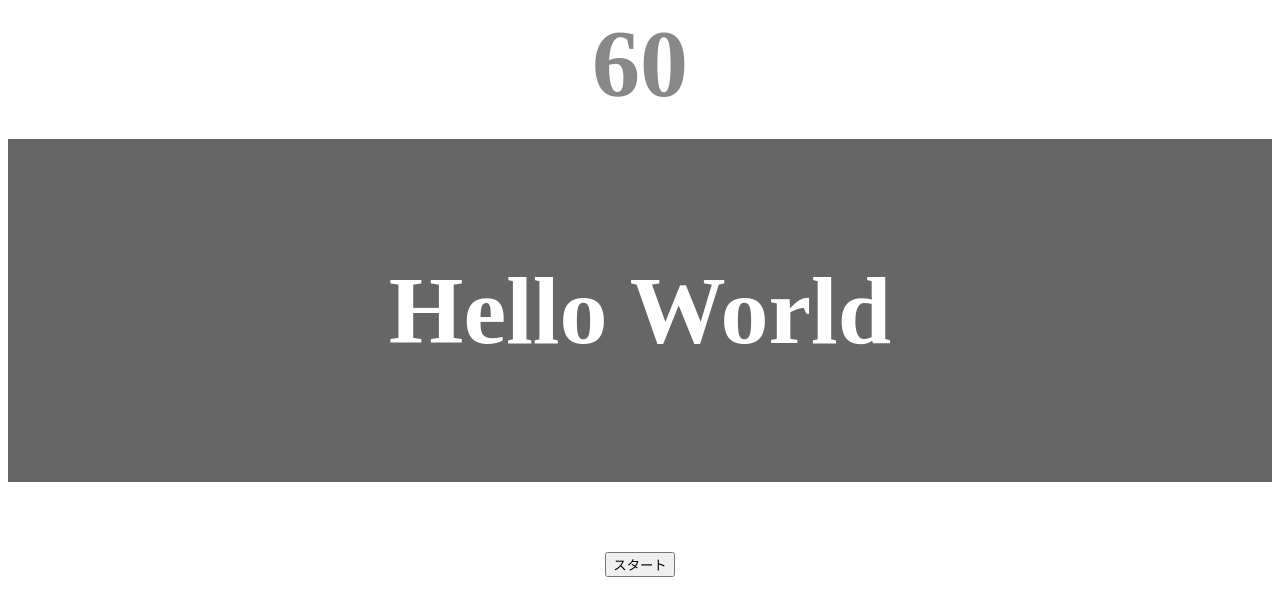
Repository: kawashimakouhei/Samurai_JS
Page: index.html
The author's editor kept a record of every edit. The page is drawn from the files as they stood at one moment, then again after the next edit.
The browser window is 1280 px wide. The pictures show the whole page.

Above is the page before.

After the next edit:
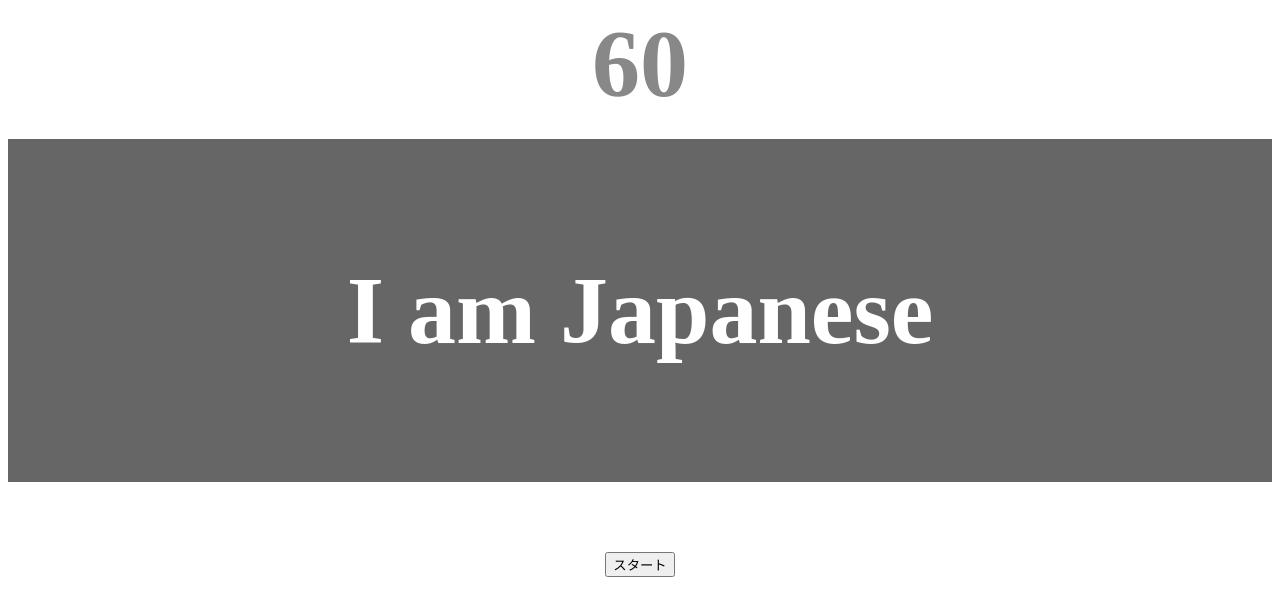
The edit:
--- a/index.html
+++ b/index.html
@@ -32,9 +32,19 @@
     <button id="start">スタート</button>
   <script>
    const textLists = [
-    'Hello World',
-    'This is my App',
-    'How are you?'
+    'Hello World','This is my App','How are you?',
+  'Today is sunny','I love JavaScript!','Good morning',
+  'I am Japanese','Let it be','Samurai',
+  'Typing Game','Information Technology',
+  'I want to be a programmer','What day is today?',
+  'I want to build a web app','Nice to meet you',
+  'Chrome Firefox Edge Safari','machine learning',
+  'Brendan Eich','John Resig','React Vue Angular',
+  'Netscape Communications','undefined null NaN',
+  'Thank you very much','Google Apple Facebook Amazon',
+  'ECMAScript','console.log','for while if switch',
+  'var let const','Windows Mac Linux iOS Android',
+  'programming'
 ];
 const createText = () => {
     const p = document.getElementById('text');
